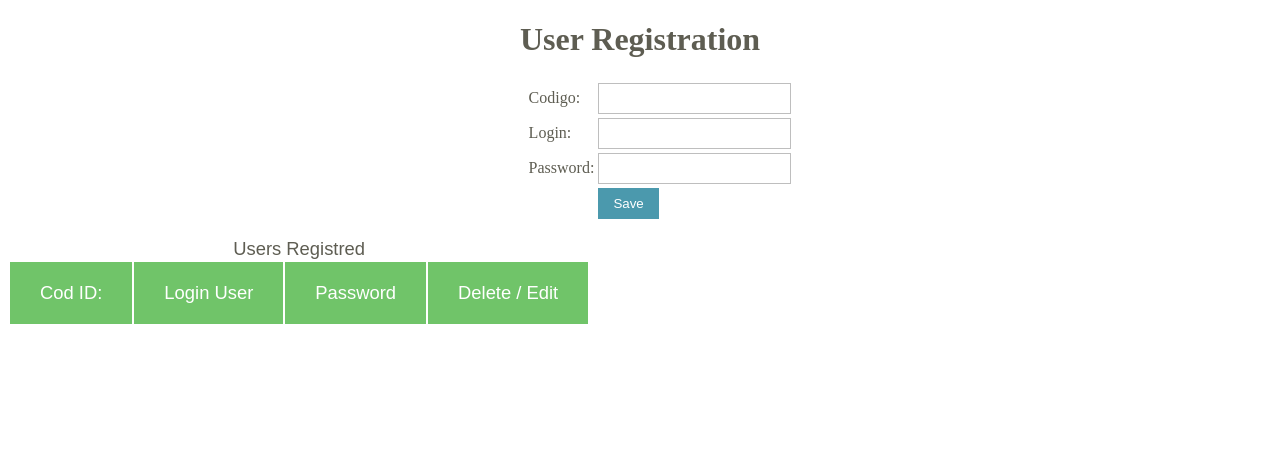
Repository: ViniciusBeletella/project-jsp
Page: http://localhost/project-jsp/userRegistration.jsp
An editor plug-in stored every save of this project. The page is shown before and after the next save, followed by the edit.
The browser window is 1280 px wide. The pictures show the whole page.
The page is served by Tomcat 9. Other server files are loaded and not shown.

Above is the page before, as saved 2019-12-20 22:46:45.

### project-jsp/WebContent/userRegistration.jsp
<%@ page language="java" contentType="text/html; charset=UTF-8"
	pageEncoding="UTF-8"%>
<%@ taglib uri="http://java.sun.com/jsp/jstl/core" prefix="c"%>
<!DOCTYPE html>
<html>
<head>
<meta charset="UTF-8">
<title>User Registration</title>
<link rel="stylesheet" href="resources/css/registration.css">
</head>
<body>

	<center>
		<h1>User Registration</h1>
	</center>
	</tr>
	<tr></tr>
	<tr>
		<center>
			<form action="saveUser" method="post">
				<ul class="form-style-1">
					<li>
						<table>
							<tr>
								<td>Codigo:</td>
								<td><input type="text" readonly="readonly" id="id"
									name="id" value="${user.id}"></td>
							</tr>
							<tr>
								<td>Login:</td>
								<td><input type="text" id="login" name="login"
									value="${user.login}"></td>
							</tr>

							<tr>
								<td>Password:</td>
								<td><input type="password" id="password" name="password"
									value="${user.password}"></td>
							</tr>
							<tr>
								<td></td>
								<td><input type="submit" value="Save"></td>
							</tr>
						</table>
					</li>
				</ul>
			</form>
		</center>


		<center>
			<table class="flat-table">

				<caption>Users Registred</caption>
				<tr>
				<th>Cod ID:</th>
				<th>Login User</th>
				<th>Password</th>
				<th>Delete / Edit</th>
			</tr>
			<c:forEach items="${users}" var="userL">
				<tr>
					<td style="width: 150px"><c:out value="${userL.id}"></c:out></td>
					<td style="width: 150px"><c:out value="${userL.login}"></c:out></td>
					<td style="width: 150px"><c:out value="${userL.password}"></c:out></td>
					<td><c:out value="${user.password}"></c:out></td>
					<td><a href="saveUser?acao=delete&user=${userL.login}">Delete</a>
					</td>
					<td><a href="saveUser?acao=edit&user=${userL.login}">Edit</a></td>

				</tr>

			</c:forEach>
		</table>
	<center>


</body>
</html>

### project-jsp/WebContent/resources/css/registration.css

<style type="text/css">
.form-style-1 {
	margin:10px auto;
	max-width: 400px;
	text-align:center;
	padding: 20px 12px 10px 20px;
	font: 13px "Lucida Sans Unicode", "Lucida Grande", sans-serif;
}
.form-style-1 li {
	padding: 0;
	display: block;
	list-style: none;
	margin: 10px 0 0 0;
}
.form-style-1 label{
	margin:0 0 3px 0;
	padding:0px;
	text-align:center;
	display:block;
	font-weight: bold;
}
.form-style-1 input[type=text],
.form-style-1 input[type=password],
.form-style-1 input[type=date],
.form-style-1 input[type=datetime],
.form-style-1 input[type=number],
.form-style-1 input[type=search],
.form-style-1 input[type=time],
.form-style-1 input[type=url],
.form-style-1 input[type=email],
textarea,
select{
	box-sizing: border-box;
	-webkit-box-sizing: border-box;
	-moz-box-sizing: border-box;
	border:1px solid #BEBEBE;
	padding: 7px;
	margin:0px;
	-webkit-transition: all 0.30s ease-in-out;
	-moz-transition: all 0.30s ease-in-out;
	-ms-transition: all 0.30s ease-in-out;
	-o-transition: all 0.30s ease-in-out;
	outline: none;
}
.form-style-1 input[type=text]:focus,
.form-style-1 input[type=password]:focus,
.form-style-1 input[type=date]:focus,
.form-style-1 input[type=datetime]:focus,
.form-style-1 input[type=number]:focus,
.form-style-1 input[type=search]:focus,
.form-style-1 input[type=time]:focus,
.form-style-1 input[type=url]:focus,
.form-style-1 input[type=email]:focus,
.form-style-1 textarea:focus,
.form-style-1 select:focus{
	-moz-box-shadow: 0 0 8px #88D5E9;
	-webkit-box-shadow: 0 0 8px #88D5E9;
	box-shadow: 0 0 8px #88D5E9;
	border: 1px solid #88D5E9;
}
.form-style-1 .field-divided{
	width: 49%;
}

.form-style-1 .field-long{
	width: 100%;
}
.form-style-1 .field-select{
	width: 100%;
}
.form-style-1 .field-textarea{
	height: 100px;
}
.form-style-1 input[type=submit], .form-style-1 input[type=button]{
	background: #4B99AD;
	padding: 8px 15px 8px 15px;
	border: none;
	color: #fff;
}
.form-style-1 input[type=submit]:hover, .form-style-1 input[type=button]:hover{
	background: #4691A4;
	box-shadow:none;
	-moz-box-shadow:none;
	-webkit-box-shadow:none;
}
.form-style-1 .required{
	color:red;
}
$bp-maggie: 15em;
$bp-lisa: 30em;
$bp-bart: 48em;
$bp-marge: 62em;
$bp-homer: 75em;


* {
 @include box-sizing(border-box);

 &:before,
 &:after {
   @include box-sizing(border-box);
 }
}

body {
  font-family: $helvetica;
  color: rgba(94,93,82,1);
}

a {
  color: rgba(51,122,168,1);

  &:hover,
  &:focus {
    color: rgba(75,138,178,1);
  }
}






.flat-table {
  display: block;
  font-family: sans-serif;
  -webkit-font-smoothing: antialiased;
  font-size: 115%;
  overflow: auto;
  width: auto;

  th {
    background-color: rgb(112, 196, 105);
    color: white;
    font-weight: normal;
    padding: 20px 30px;
    text-align: center;
  }
  td {
    background-color: rgb(238, 238, 238);
    color: rgb(111, 111, 111);
    padding: 20px 30px;
  }
}







.table-responsive{
  width: 100% !important;
}

.table {
    border: 1px solid red;
    width: 50% !important; /*Importante manter o !important rs */
    margin: auto;
}

.table-status {
    margin-top: 20px;
    margin-bottom: 20px !important;
}

After the next save:
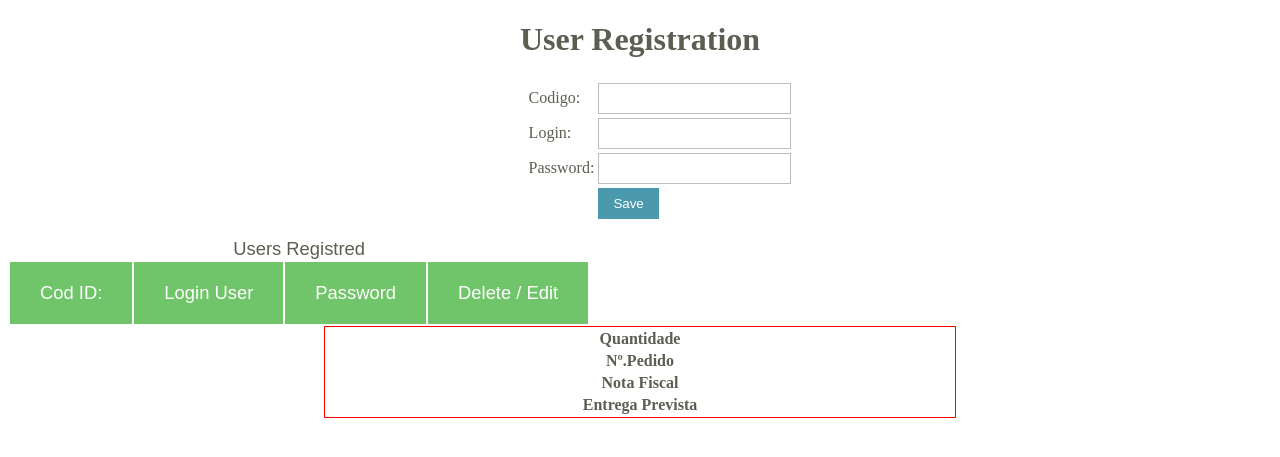
Saved 17 s later.
--- a/project-jsp/WebContent/userRegistration.jsp
+++ b/project-jsp/WebContent/userRegistration.jsp
@@ -74,6 +74,27 @@
 		</table>
 	<center>
 
+	<div class="container">
+  <div class="table-responsive">
+      <table class="table">
+          <thead>
+              <tr class="cliente">
+                 <th class="cor">Quantidade</th>
+              </tr>
+              <tr class="clientess">
+                 <th class="cor">Nº.Pedido</th>
+              </tr>
+              <tr class="fiscal">
+                 <th class="cor">Nota Fiscal</th>
+              </tr>
+              <tr class="entprevista">
+                 <th class="cor">Entrega Prevista</th>
+              </tr>
+          </thead>
+    </table>
+  </div>
+</div>
+
 
 </body>
 </html>

After the save that followed:
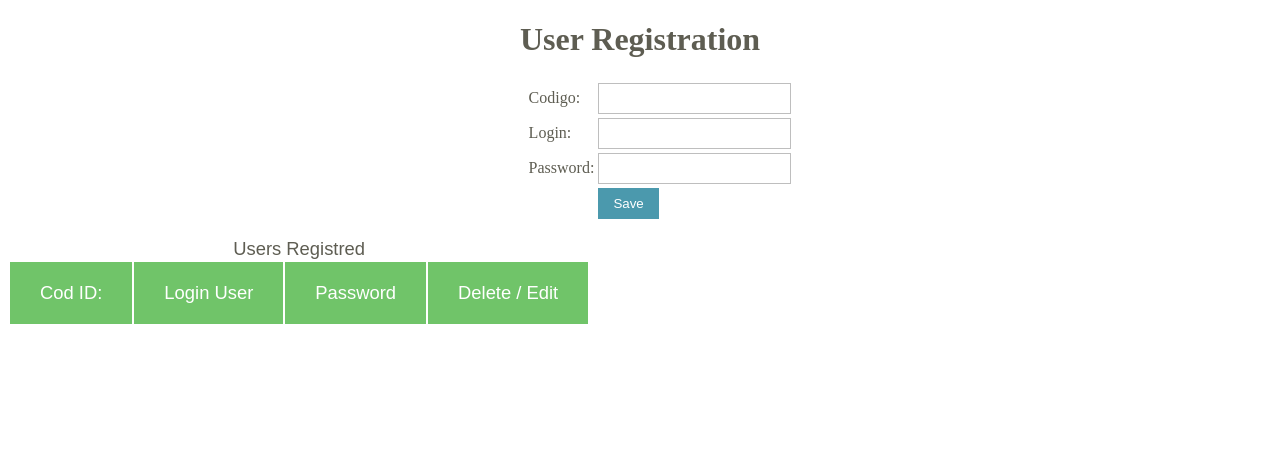
Saved 80 s later.
--- a/project-jsp/WebContent/userRegistration.jsp
+++ b/project-jsp/WebContent/userRegistration.jsp
@@ -47,8 +47,6 @@
 			</form>
 		</center>
 
-
-		<center>
 			<table class="flat-table">
 
 				<caption>Users Registred</caption>
@@ -72,28 +70,6 @@
 
 			</c:forEach>
 		</table>
-	<center>
-
-	<div class="container">
-  <div class="table-responsive">
-      <table class="table">
-          <thead>
-              <tr class="cliente">
-                 <th class="cor">Quantidade</th>
-              </tr>
-              <tr class="clientess">
-                 <th class="cor">Nº.Pedido</th>
-              </tr>
-              <tr class="fiscal">
-                 <th class="cor">Nota Fiscal</th>
-              </tr>
-              <tr class="entprevista">
-                 <th class="cor">Entrega Prevista</th>
-              </tr>
-          </thead>
-    </table>
-  </div>
-</div>
 
 
 </body>
